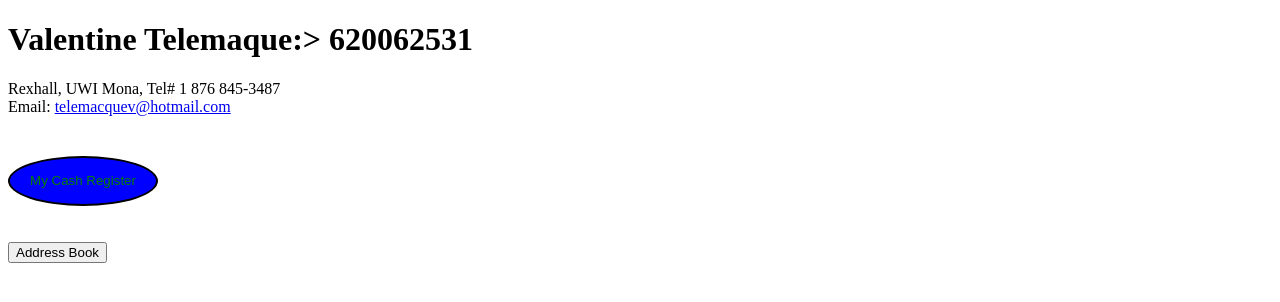
Repository: telemacquev/info2180project1
Page: index.html
The author's editor kept a record of every edit. The page is drawn from the files as they stood at one moment, then again after the next edit.
The browser window is 1280 px wide. The pictures show the whole page.
The pointer rests on the first visible `#button01`.

Above is the page before.

### index.html
<!DOCTYPE html>
<html>
    <head>
        <link type="text/css" rel="stylesheet" href="stylesheet.css"/>
		<title> INFO2180project1</title>

        <script type="text/javascript" src="script01.js" ></script>
        <script type="text/javascript" src="script02.js" ></script>
    </head>
    <body>
    	<div id="heading"> <h1> Valentine Telemaque:> 620062531 </h1> </div>

		<div id="contact"> <p> Rexhall, UWI Mona, Tel# 1 876 845-3487 <br>
		Email: <a href="mailto:telemacquev@hotmai.com?Subject=Interview%20shortlist" target="_top">
		telemacquev@hotmail.com</a> </p> </div>

	<br> <br>



        <input id="button01" type="button" onclick="runMe()" value="My Cash Register">
        <br> <br> <br>
        <input id="button02" type="button" onclick="runMe2()" value="Address Book">
    </body>
</html>

### stylesheet.css

/*
div {
    align-items: flex-start;
}
*/
#heading {
    width:70%;
    height: auto;
}

#contact {
    width: 40%;
    height: 40px;
}


#button01 {
   width: 150px;
   height: 50px;
   background-color: gray;
   color:black;
   border-radius: 99%;
   border: 2px solid black;
}

#button01:hover {
   background-color: blue;
   color: green;
}


a:hover {
     text-decoration:none;
     background-color:yellow;
     color:#302013;
     font-family: Cursive, Arial;
}

### script01.js
function StaffMember(name,discountPercent){
    this.name = name;
    this.discountPercent = discountPercent;
}

var sally = new StaffMember("Sally",5);
var bob = new StaffMember("Bob",10);

// Create yourself again as 'me' with a staff discount of 20%
var me = new StaffMember("Valentine Telemaque",20);

var cashRegister = {
    total:0,
    lastTransactionAmount: 0,
    add: function(itemCost){
        this.total += (itemCost || 0);
        this.lastTransactionAmount = itemCost;
    },
    scan: function(item,quantity){
        switch (item){
        case "eggs": this.add(0.98 * quantity); break;
        case "milk": this.add(1.23 * quantity); break;
        case "magazine": this.add(4.99 * quantity); break;
        case "chocolate": this.add(0.45 * quantity); break;
        }
        return true;
    },
    voidLastTransaction : function(){
        this.total -= this.lastTransactionAmount;
        this.lastTransactionAmount = 0;
    },
    applyStaffDiscount: function(employee)     { this.total *= ((100 - employee.discountPercent)/100);
    }
};

cashRegister.scan('eggs',1);
cashRegister.scan('milk',1);
cashRegister.scan('magazine',3);
// Apply your staff discount by passing the 'me' object
cashRegister.applyStaffDiscount(me);


function runMe() {
    alert ('Your bill is $'+cashRegister.total.toFixed(2));
}

### script02.js
var bob = {
    firstName: "Bob",
    lastName: "Jones",
    phoneNumber: "(650) 777-7777",
    email: "bob.jones@example.com"
};

var mary = {
    firstName: "Mary",
    lastName: "Johnson",
    phoneNumber: "(650) 888-8888",
    email: "mary.johnson@example.com"
};

var contacts = [bob, mary];

function printPerson(person) {
    alert(person.firstName + " " + person.lastName);
}

function list() {
	var contactsLength = contacts.length;
	for (var i = 0; i < contactsLength; i++) {
		printPerson(contacts[i]);
	}
}

function search(lname) {
	for (var i = 0; i < contacts.length; i++) {
		if (contacts[i].lastName===lname) {
		    printPerson(contacts[i]);
		}
	}
}

function add(firstName, lastName, email, phoneNumber) {
    contacts[contacts.length] = {
    firstName: firstName,
    lastName: lastName,
    phoneNumber: phoneNumber,
    email: email
    };
};


function runMe2() {
    add("Leon","Jones","leon@gmail.com","(845) 848-9585");
    list();
}

After the next edit:
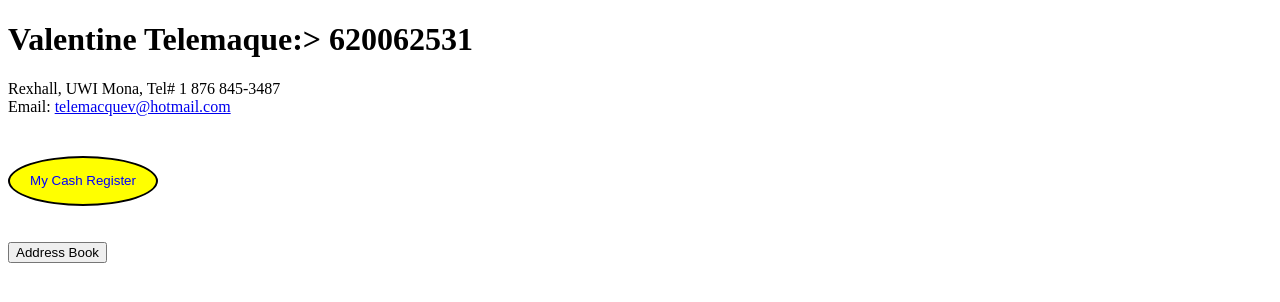
The edit:
--- a/stylesheet.css
+++ b/stylesheet.css
@@ -25,8 +25,8 @@
 }
 
 #button01:hover {
-   background-color: blue;
-   color: green;
+   background-color: yellow;
+   color: blue;
 }
 
 
